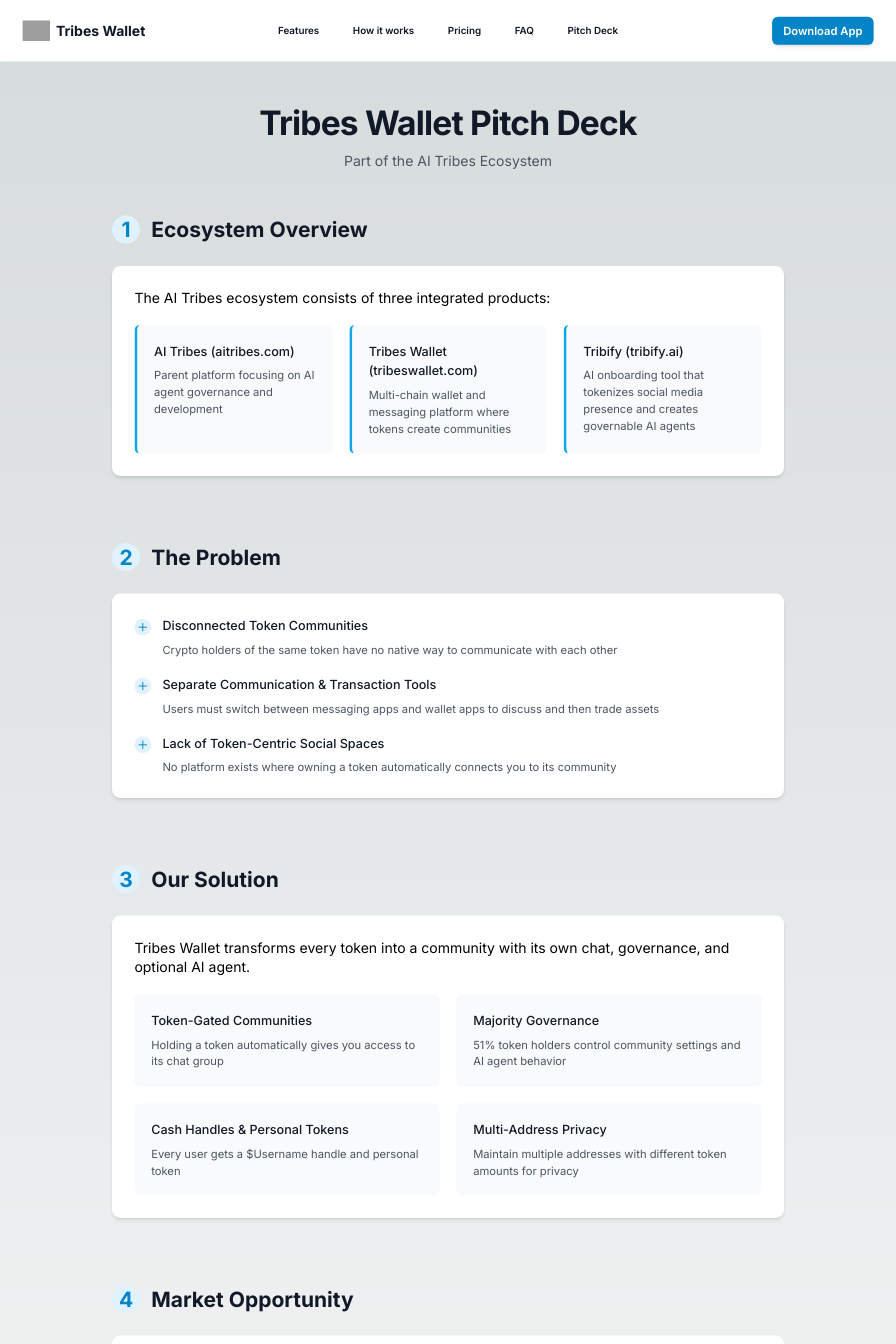
Repository: ai-tribes/tribeswallet
Page: /pitch
An editor plug-in stored every save of this project. The page is shown before and after the next save, followed by the edit.
The browser window is 1280 px wide. The pictures show the part of the page from y = 0 to 1920 px (the page is 3260 px tall), at 70% of full size.
Pictures or frames that could not be fetched are drawn as grey boxes. The project was rebuilt for these pictures with package versions that can differ from the ones it lists, and the page was loaded fresh each time. The framework's server and built-in components were replaced by stand-ins that run in the browser. Also part of the build but not shown: next.config.js.

Above is the page before, as saved 2025-03-30 18:11:50.

After the next save:
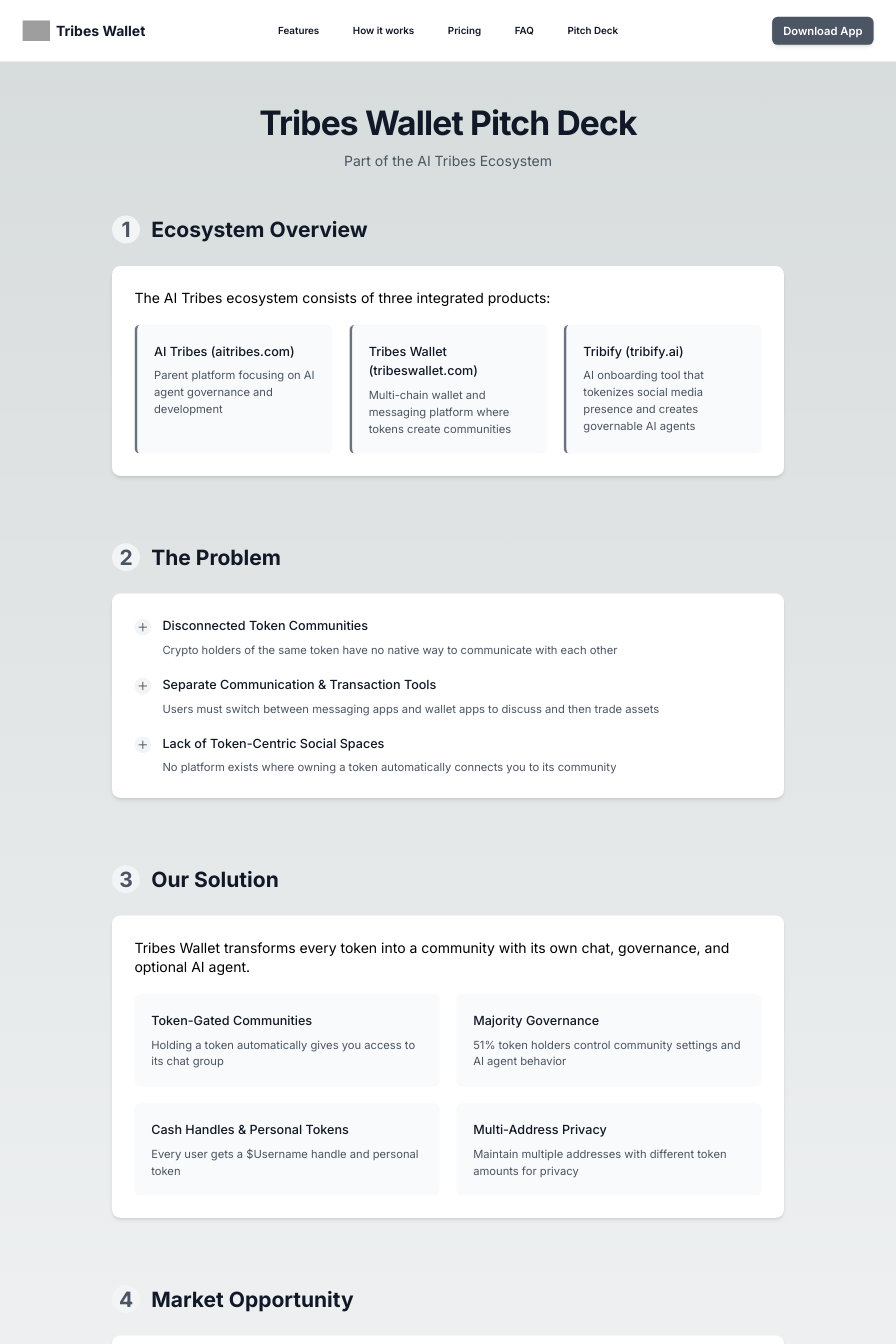
Saved 4 min 27 s later.
--- a/tailwind.config.js
+++ b/tailwind.config.js
@@ -8,28 +8,33 @@
     extend: {
       colors: {
         primary: {
-          50: '#f0f9ff',
-          100: '#e0f2fe',
-          200: '#bae6fd',
-          300: '#7dd3fc',
-          400: '#38bdf8',
-          500: '#0ea5e9',
-          600: '#0284c7',
-          700: '#0369a1',
-          800: '#075985',
-          900: '#0c4a6e',
+          50: '#f9fafb',
+          100: '#f3f4f6',
+          200: '#e5e7eb',
+          300: '#d1d5db',
+          400: '#9ca3af',
+          500: '#6b7280',
+          600: '#4b5563',
+          700: '#374151',
+          800: '#1f2937',
+          900: '#111827',
         },
         secondary: {
-          50: '#faf5ff',
-          100: '#f3e8ff',
-          200: '#e9d5ff',
-          300: '#d8b4fe',
-          400: '#c084fc',
-          500: '#a855f7',
-          600: '#9333ea',
-          700: '#7e22ce',
-          800: '#6b21a8',
-          900: '#581c87',
+          50: '#fafafa',
+          100: '#f4f4f5',
+          200: '#e4e4e7',
+          300: '#d4d4d8',
+          400: '#a1a1aa',
+          500: '#71717a',
+          600: '#52525b',
+          700: '#3f3f46',
+          800: '#27272a',
+          900: '#18181b',
+        },
+        tribes: {
+          black: '#000000',
+          white: '#ffffff',
+          gray: '#6b7280',
         },
       },
       fontFamily: {
